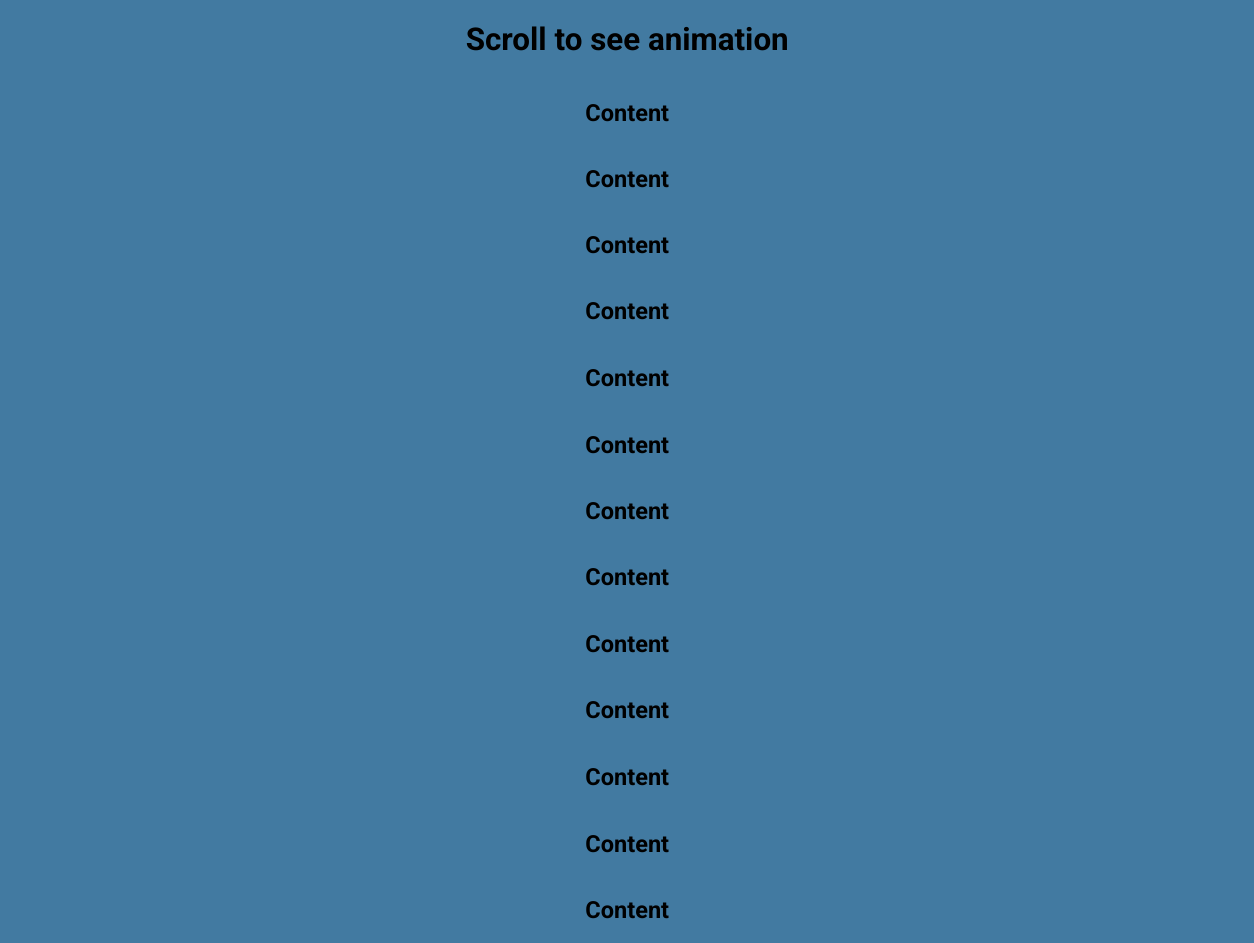
Repository: thecoachanna/scroll-animation
Page: index.html
These files come from the project's save history. The page is drawn as it stood at one moment and after the next save; the edit follows.
The browser window is 1280 px wide. The pictures show the whole page, at 98% of full size.
Some web fonts or font styles are not loaded; a fallback is used.

Above is the page before, as saved 2023-02-20 12:46:47.

### index.html
<!DOCTYPE html>
<html lang="en">
<head>
    <meta charset="UTF-8">
    <meta http-equiv="X-UA-Compatible" content="IE=edge">
    <meta name="viewport" content="width=device-width, initial-scale=1.0">
    <link rel="stylesheet" href="style.css">
    <title>Scroll Animation</title>
</head>
<body>
    <h1>Scroll to see animation</h1>
    <div class="box"><h2>Content</h2></div>
    <div class="box"><h2>Content</h2></div>
    <div class="box"><h2>Content</h2></div>
    <div class="box"><h2>Content</h2></div>
    <div class="box"><h2>Content</h2></div>
    <div class="box"><h2>Content</h2></div>
    <div class="box"><h2>Content</h2></div>
    <div class="box"><h2>Content</h2></div>
    <div class="box"><h2>Content</h2></div>
    <div class="box"><h2>Content</h2></div>
    <div class="box"><h2>Content</h2></div>
    <div class="box"><h2>Content</h2></div>
    <div class="box"><h2>Content</h2></div>
    <script src="script.js"></script>
</body>
</html>

### style.css
@import url('https://fonts.googleapis.com/css2?family=Inter:wght@400;600;700&family=Lato:wght@100&family=Oswald:wght@700&family=Outfit&family=Poiret+One&family=Roboto:wght@400;700&display=swap');


* {
    box-sizing: border-box;
}

body {
    background-color: #427AA1;
    font-family: 'Roboto', sans-serif;
    display: flex;
    flex-direction: column;
    align-items: center;
    justify-content: center;
    margin: 0;
}

Loaded but not shown: script.js (no copy from this time; the picture is the same without it)

After the next save:
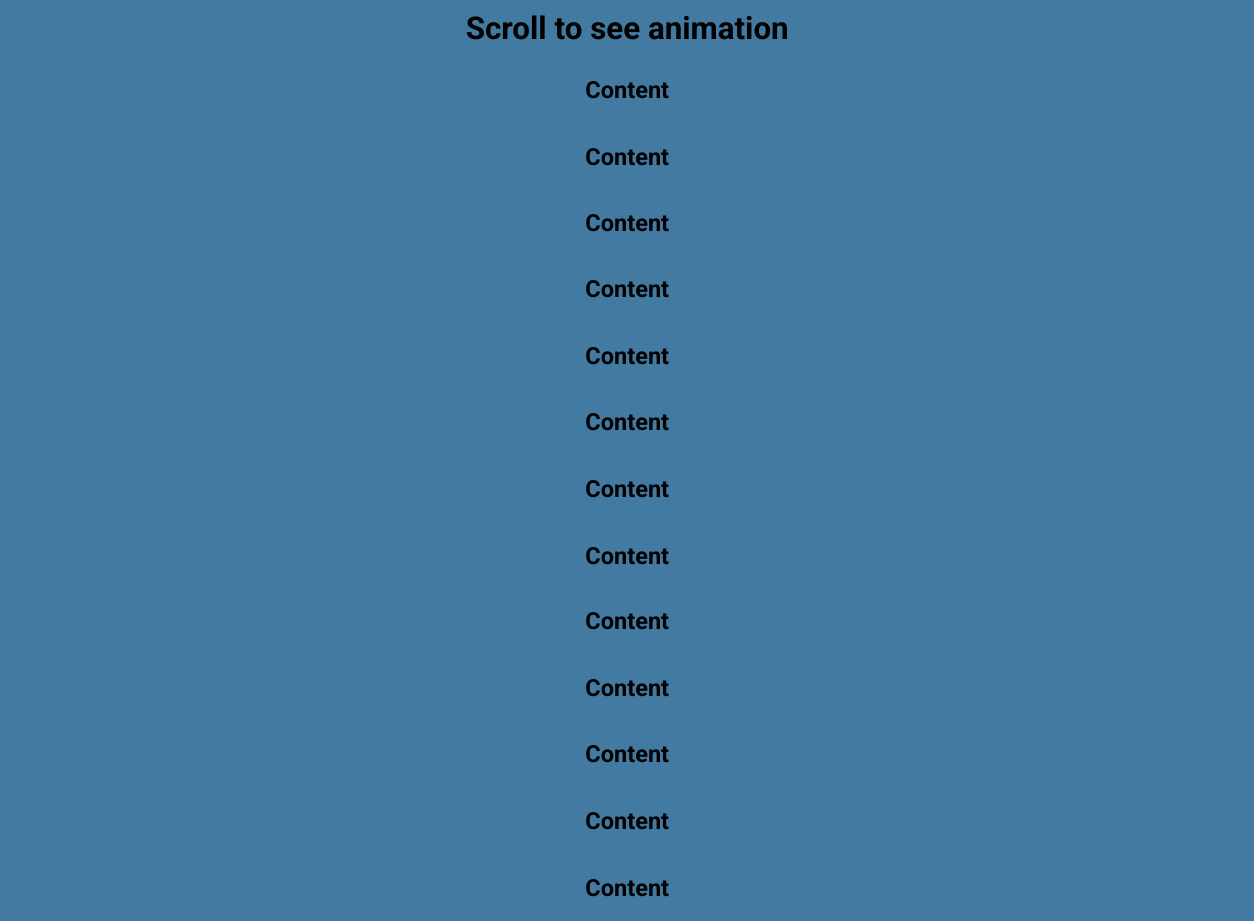
Saved 22 s later.
--- a/style.css
+++ b/style.css
@@ -14,3 +14,7 @@ body {
     justify-content: center;
     margin: 0;
 }
+
+h1 {
+    margin: 10px;
+}
